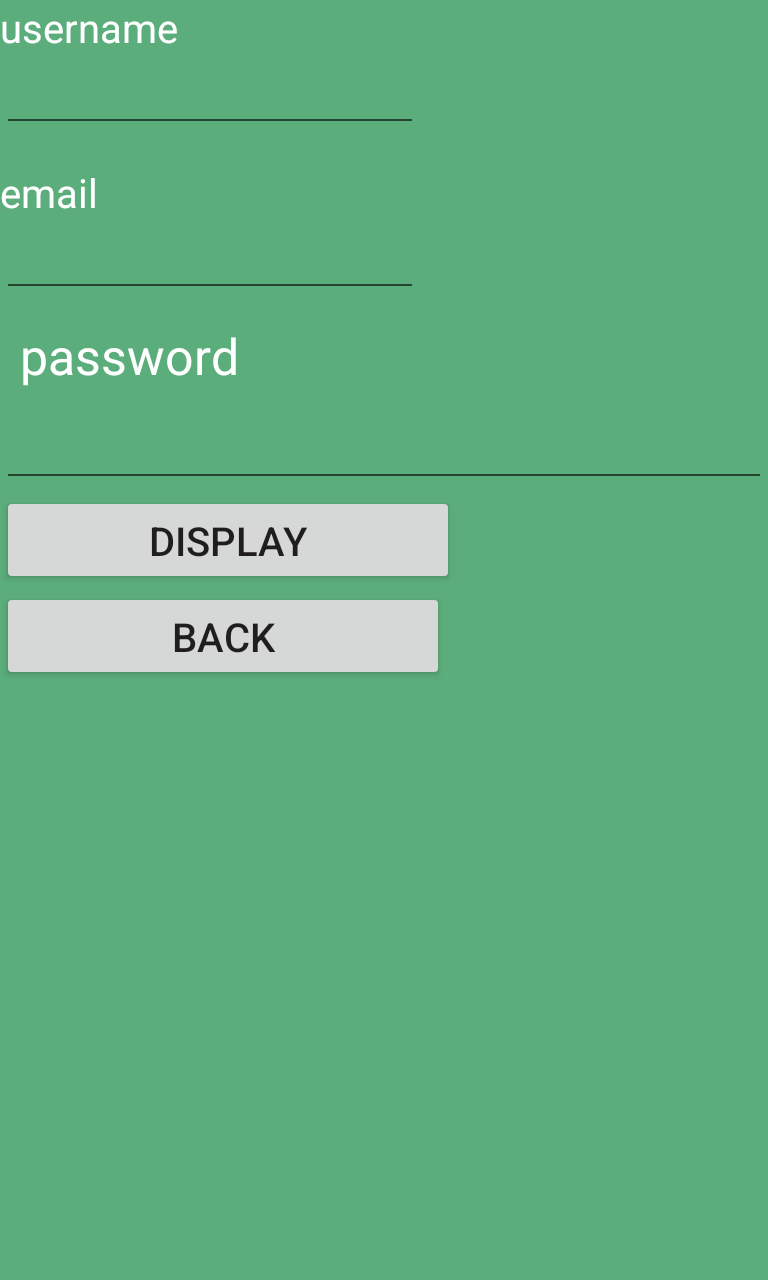
Repository: janemuthoni/icon
Layout: Exam/res/layout/login.xml
An editor plug-in stored every save of this project. The layout is shown before and after the next save, followed by the edit.
It is drawn on a 768 x 1280 px phone screen (xhdpi) without system bars, with theme AppTheme; the app's code is not run.

Above is the layout before, as saved 2014-08-07 08:31:35.

After the next save:
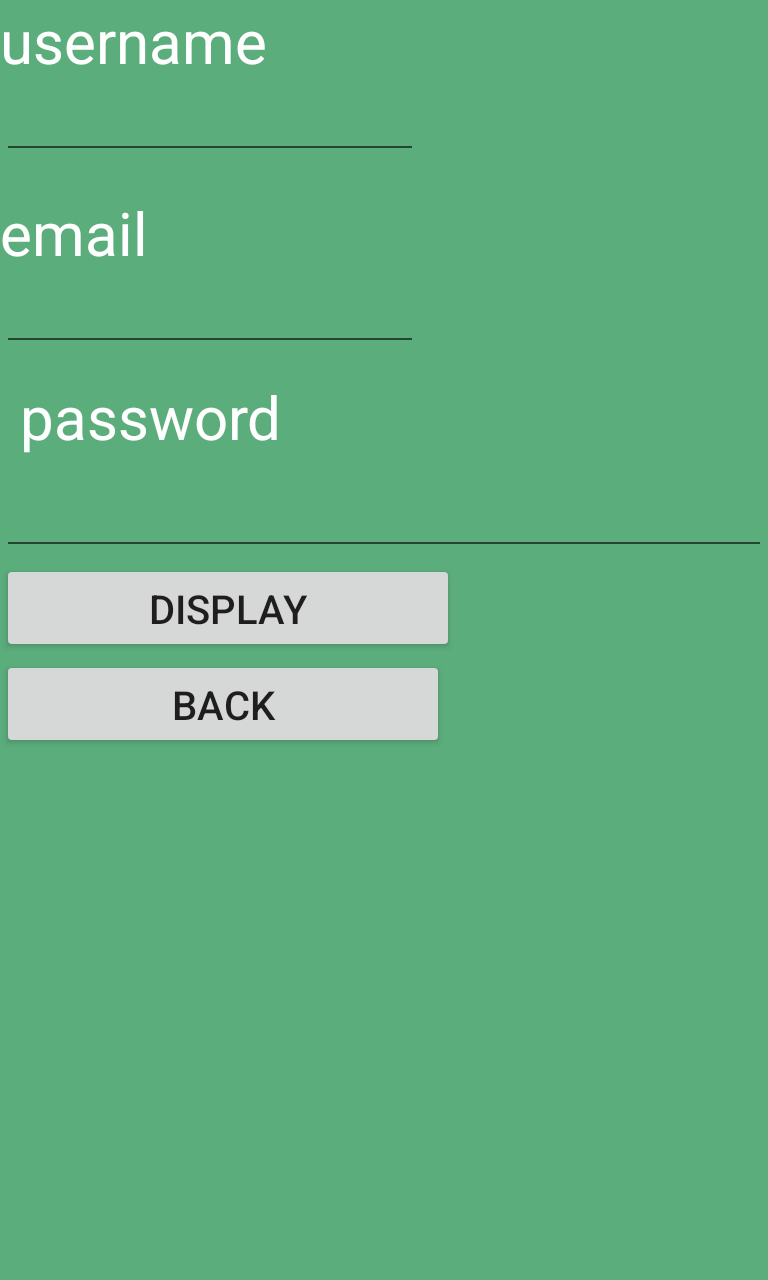
Saved 50 s later.
--- a/Exam/res/layout/login.xml
+++ b/Exam/res/layout/login.xml
@@ -9,7 +9,7 @@
            android:layout_width="wrap_content"
            android:layout_height="wrap_content"
            android:text="@string/Username"
-           android:textSize="20sp"
+           android:textSize="30sp"
            android:textColor="@color/white" />
 
        <EditText
@@ -26,7 +26,7 @@
            android:layout_width="wrap_content"
            android:layout_height="wrap_content"
            android:layout_marginTop="14dp"
-           android:textSize="20sp" />
+           android:textSize="30sp" />
 
        <EditText
            android:id="@+id/editText4"
@@ -40,7 +40,7 @@
      android:layout_width="wrap_content"
      android:layout_height="wrap_content"
      android:text="@string/password"
-     android:textSize="25sp"
+     android:textSize="30sp"
      android:textColor="@color/white"
      android:layout_margin="10dp"/>
 
@@ -64,7 +64,7 @@
           android:layout_width="223dp"
           android:layout_height="wrap_content"
           android:text="@string/buttonback"
-            android:textColor="@color/black"
-            android:textSize="20sp"/>
+          android:textColor="@color/black"
+          android:textSize="20sp"/>
 
 </LinearLayout>
